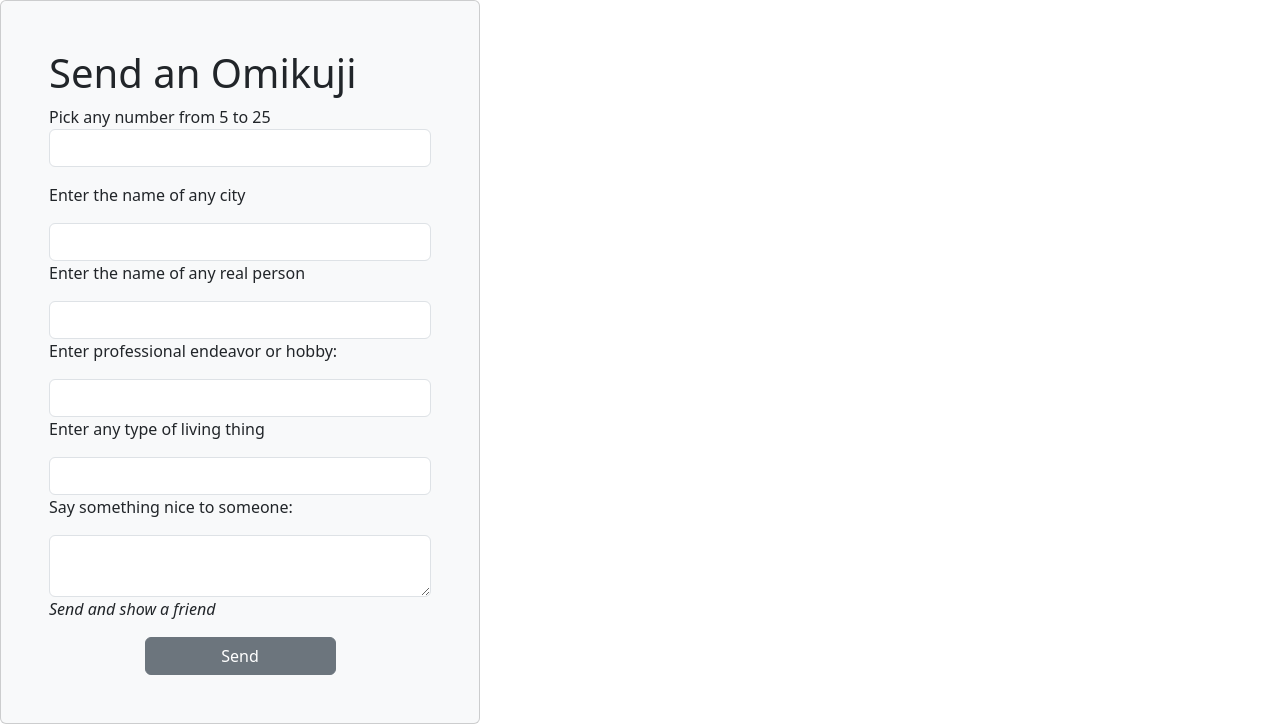
Repository: ShathaMorales/Java-Stack
Page: http://localhost/OmikujiForm/WEB-INF/index.jsp
An editor plug-in stored every save of this project. The page is shown before and after the next save, followed by the edit.
The browser window is 1280 px wide. The pictures show the whole page.
The page is served by Tomcat 10. Nobody is signed in. Other server files are loaded and not shown. The template is opened directly, without the code that normally fills it, so the values that code supplies are empty.

Above is the page before, as saved 2023-05-06 10:47:31.

### _java/JavaSpring/OmikujiForm/OmikujiForm/src/main/webapp/WEB-INF/index.jsp
<%@ page language="java" contentType="text/html; charset=UTF-8"
    pageEncoding="UTF-8"%>
<%@ taglib prefix = "c" uri = "http://java.sun.com/jsp/jstl/core" %>
<%@ taglib prefix="form" uri="http://www.springframework.org/tags/form"%>
<!DOCTYPE html>
<html>
<head>
<meta charset="UTF-8">
<link href="https://cdn.jsdelivr.net/npm/bootstrap@5.3.0-alpha3/dist/css/bootstrap.min.css" rel="stylesheet" integrity="sha384-KK94CHFLLe+nY2dmCWGMq91rCGa5gtU4mk92HdvYe+M/SXH301p5ILy+dN9+nJOZ" crossorigin="anonymous">
<title>Omikuji Form</title>
</head>
<body>
	<div class="card p-5 bg-light center" style="width: 30rem;">
		<h1>Send an Omikuji</h1>
		<form action="/omikuji/handle" method="POST">
			<p><label>Pick any number from 5 to 25</label>
			<input class="form-control" type="number" name="number"></p>

			<p><label>Enter the name of any city</label></p>
			<input class="form-control" type="text" name="city">

			<p><label>Enter the name of any real person</label></p>
			<input class="form-control" type="text" name="name">

			<p><label>Enter professional endeavor or hobby:</label></p>
			<input class="form-control" type="text" name="hobby">

			<p><label>Enter any type of living thing</label></p>
			<input class="form-control" type="text" name="thing">

			<p><label>Say something nice to someone:</label></p>
			<textarea class="form-control" id="textarea" name="textarea"></textarea>

			<p><label class="fst-italic">Send and show a friend</label></p>
			<div class="d-grid gap-2 col-6 mx-auto">
				<input class="btn btn-secondary" type="submit" value="Send">
			</div>
		</form>
	</div>

</body>
</html>

After the next save:
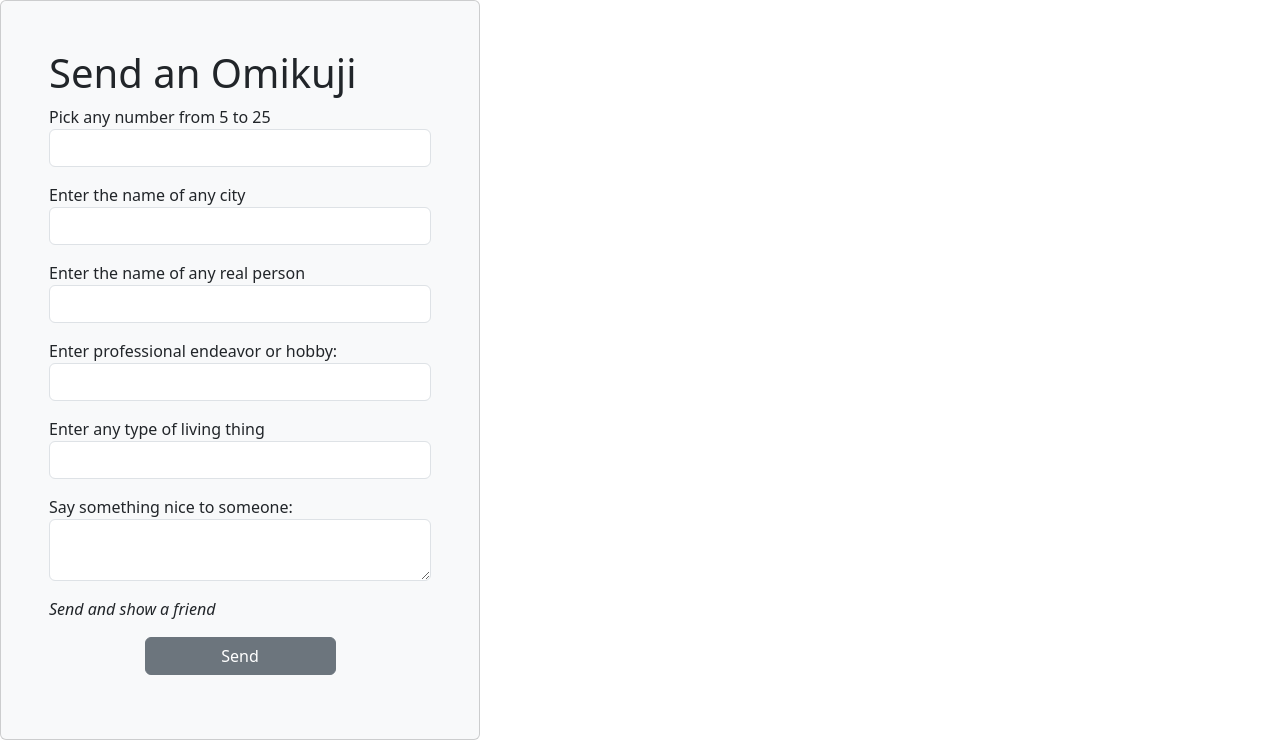
Saved 65 s later.
--- a/_java/JavaSpring/OmikujiForm/OmikujiForm/src/main/webapp/WEB-INF/index.jsp
+++ b/_java/JavaSpring/OmikujiForm/OmikujiForm/src/main/webapp/WEB-INF/index.jsp
@@ -16,25 +16,25 @@
 			<p><label>Pick any number from 5 to 25</label>
 			<input class="form-control" type="number" name="number"></p>
 
-			<p><label>Enter the name of any city</label></p>
-			<input class="form-control" type="text" name="city">
+			<p><label>Enter the name of any city</label>
+			<input class="form-control" type="text" name="city"></p>
 
-			<p><label>Enter the name of any real person</label></p>
-			<input class="form-control" type="text" name="name">
+			<p><label>Enter the name of any real person</label>
+			<input class="form-control" type="text" name="name"></p>
 
-			<p><label>Enter professional endeavor or hobby:</label></p>
-			<input class="form-control" type="text" name="hobby">
+			<p><label>Enter professional endeavor or hobby:</label>
+			<input class="form-control" type="text" name="hobby"></p>
 
-			<p><label>Enter any type of living thing</label></p>
-			<input class="form-control" type="text" name="thing">
+			<p><label>Enter any type of living thing</label>
+			<input class="form-control" type="text" name="thing"></p>
 
-			<p><label>Say something nice to someone:</label></p>
-			<textarea class="form-control" id="textarea" name="textarea"></textarea>
+			<p><label>Say something nice to someone:</label>
+			<textarea class="form-control" id="textarea" name="textarea"></textarea></p>
 
-			<p><label class="fst-italic">Send and show a friend</label></p>
+			<p><label class="fst-italic">Send and show a friend</label>
 			<div class="d-grid gap-2 col-6 mx-auto">
 				<input class="btn btn-secondary" type="submit" value="Send">
-			</div>
+			</div></p>
 		</form>
 	</div>
 
